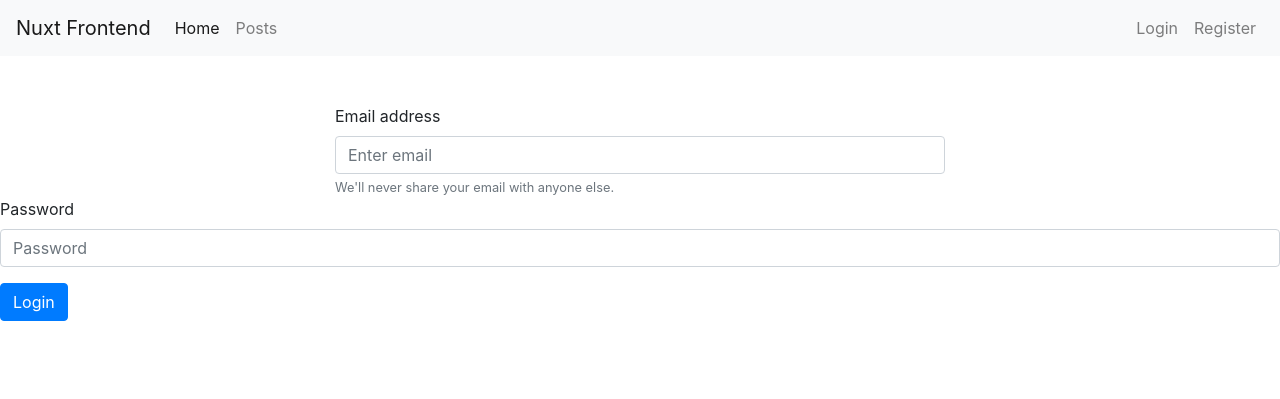
Repository: kazu62/lara-nuxt-front
Page: /login
The author's editor kept a copy of each file at every save. The page is drawn from the files as they stood at one save, then again after the next save.
The browser window is 1280 px wide. The pictures show the whole page.
The project was rebuilt for these pictures with package versions that can differ from the ones it lists, and the page was loaded fresh each time. The framework's server and built-in components were replaced by stand-ins that run in the browser. Also part of the build but not shown: nuxt.config.js.

Above is the page before, as saved 2018-11-26 23:17:51.

### layouts/default.vue
<template>
  <div>
    <Nav/>
    <nuxt/>
  </div>
</template>
<script>
import Nav from "@/components/Navbar"
  export default {
    components:{
      Nav
    }
  }
</script>

### pages/login.vue
<template>
  <form>
    <div class="container col-md-6 mt-5">
      <label>Email address</label>
      <input type="email" class="form-control" placeholder="Enter email">
      <small class="form-text text-muted">We'll never share your email with anyone else.</small>
    </div>
    <div class="form-group">
      <label>Password</label>
      <input type="password" class="form-control" placeholder="Password">
    </div>

    <button type="submit" class="btn btn-primary">Login</button>
  </form>
</template>

### components/Navbar.vue
<template>
  <nav class="navbar navbar-expand-lg navbar-light bg-light">
    <nuxt-link class="navbar-brand" to="/">Nuxt Frontend</nuxt-link>
    <button class="navbar-toggler" type="button" data-toggle="collapse" data-target="#navbarNav" aria-controls="navbarNav" aria-expanded="false" aria-label="Toggle navigation">
      <span class="navbar-toggler-icon"></span>
    </button>
    <div class="collapse navbar-collapse" id="navbarNav">
      <ul class="navbar-nav">
        <li class="nav-item active">
          <nuxt-link class="nav-link" to="/">Home</nuxt-link>
        </li>
        <li class="nav-item">
          <nuxt-link class="nav-link" to="/">Posts</nuxt-link>
        </li>
      </ul>
      <ul class='navbar-nav ml-auto'>
        <li class="nav-item">
          <nuxt-link class="nav-link" to="/login">Login</nuxt-link>
        </li>
        <li class="nav-item">
          <nuxt-link class="nav-link" to="/register">Register</nuxt-link>
        </li>
      </ul>
    </div>
  </nav>
</template>
  <script>
  export default {

  }
  </script>

After the next save:
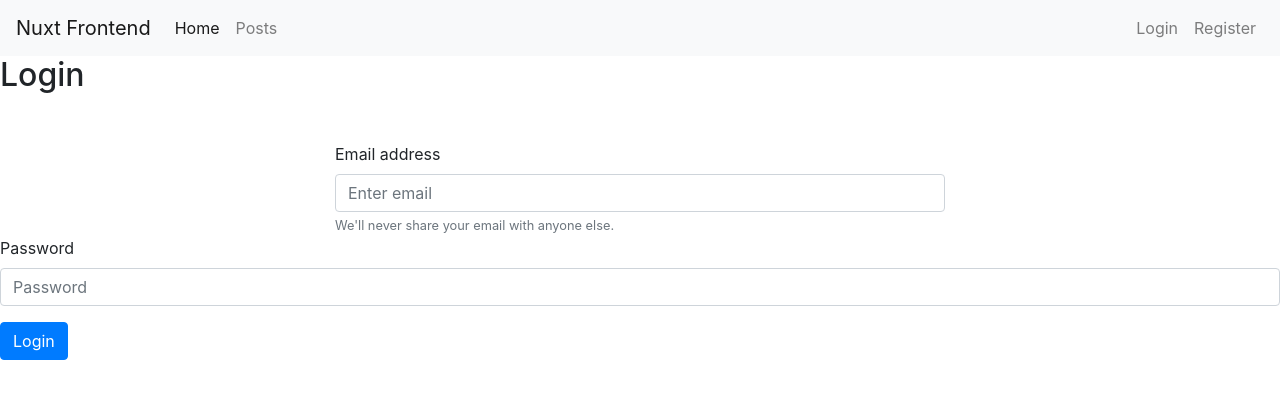
Saved 14 s later.
--- a/pages/login.vue
+++ b/pages/login.vue
@@ -1,5 +1,6 @@
 <template>
   <form>
+    <h2>Login</h2>
     <div class="container col-md-6 mt-5">
       <label>Email address</label>
       <input type="email" class="form-control" placeholder="Enter email">
